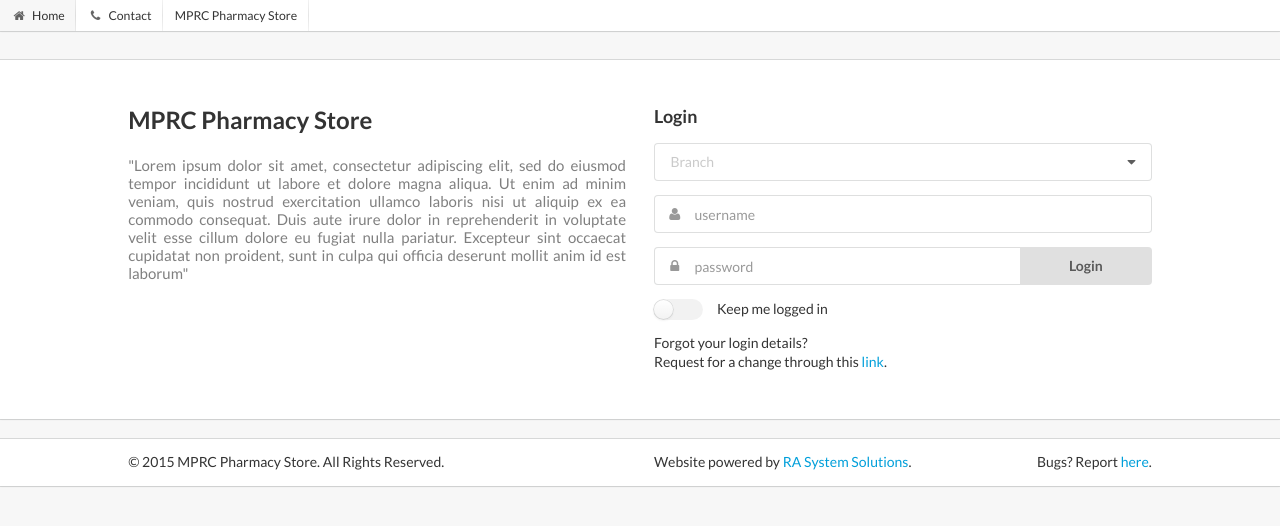
Repository: thdrwngkd/oims
Page: public/index.html
The author's editor kept a record of every edit. The page is drawn from the files as they stood at one moment, then again after the next edit.
The browser window is 1280 px wide. The pictures show the whole page.

Above is the page before.

After the next edit:
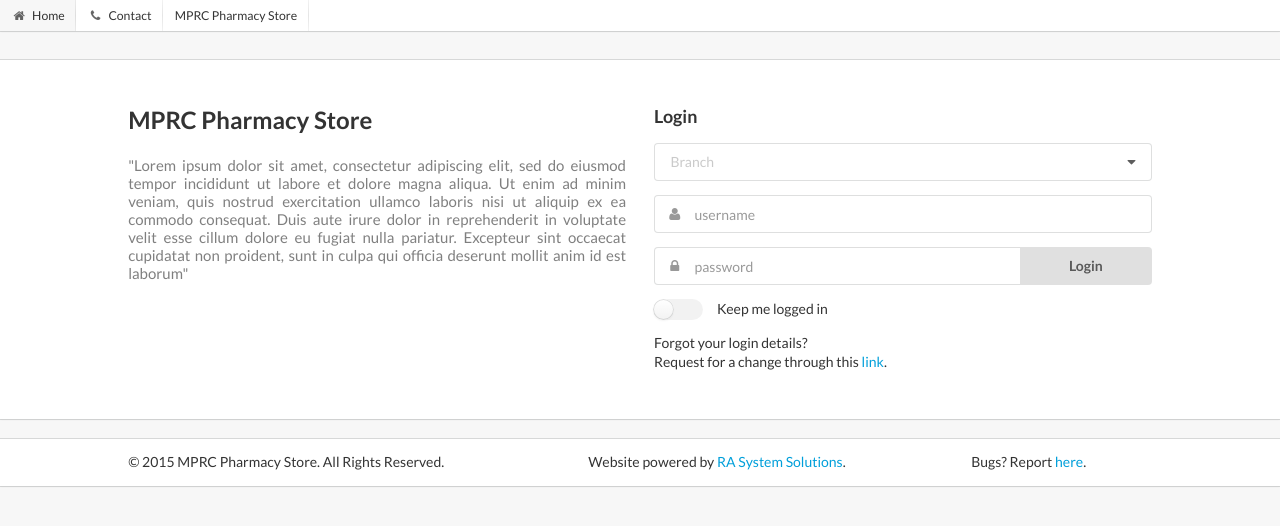
The edit:
--- a/public/index.html
+++ b/public/index.html
@@ -91,7 +91,7 @@
     <section class="ui footer segment clear">
       <div class="ui page grid">
         <div class="row">
-          <div class="eight wide column">
+          <div class="seven wide column">
             <p>© 2015 MPRC Pharmacy Store. All Rights Reserved.</p>
           </div>
           <div class="five wide column">
